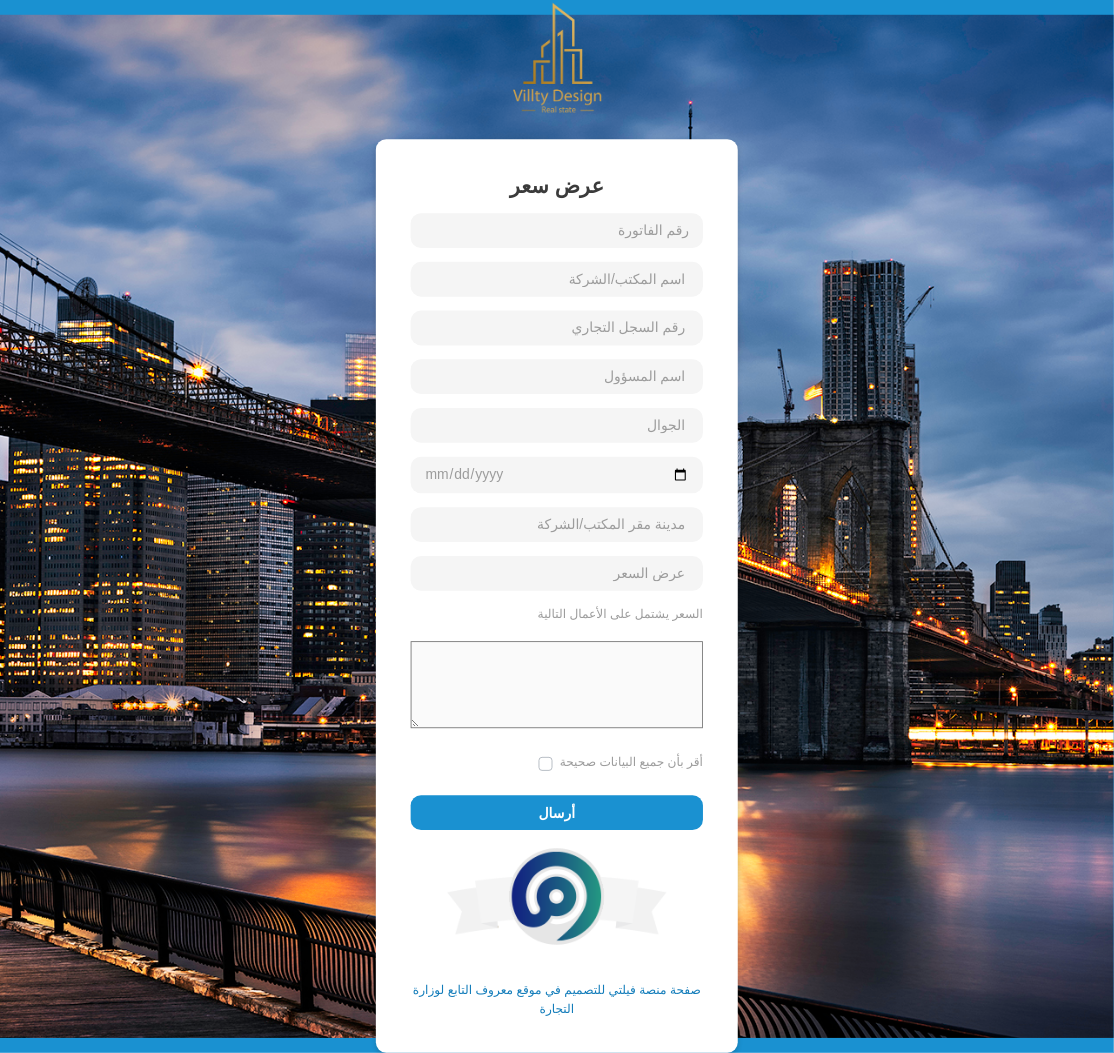
Repository: freejob985/shohragroup_form
Page: http://localhost/
These files come from the project's save history. The page is drawn as it stood at one moment and after a run of saves; the edit follows.
The browser window is 1280 px wide. The pictures show the whole page, at 87% of full size.
Some web fonts or font styles are not loaded; a fallback is used. The page is run by PHP 8.4 with error messages shown; the project is at /var/www/html/.

Above is the page before, as saved 2020-11-21 12:11:50.

### index.php
<!doctype html>
<html lang="en">
<head>
    <meta charset="utf-8">
    <meta name="viewport" content="width=device-width, initial-scale=1, shrink-to-fit=no">
    <meta name="description" content="Authentication forms">
    <meta name="author" content="Arasari Studio">
    <title>villtydesign</title>
    <link href="css/bootstrap.min.css" rel="stylesheet">
    <link href="css/common.css" rel="stylesheet">
<link href="css/theme-02.css" rel="stylesheet">
 <link href="https://fonts.googleapis.com/css2?family=Tajawal:wght@300&display=swap" rel="stylesheet">
      <style>
@import    url('https://fonts.googleapis.com/css2?family=Tajawal:wght@300&display=swap');
@import    url('https://fonts.googleapis.com/css2?family=Tajawal:wght@300;500&display=swap');
body,h1,h2,h3,h4,h5,h6,p,a,input,span,label{   font-family: 'Tajawal', sans-serif !important;
}
</style>
</head>
<body>
    <div class="forny-container">
<div class="forny-inner">
    <div class="mb-6 text-center forny-logo">
        <img src="img/logo.png" style="width:120px;">
    </div>
    <div class="forny-form">
        <div class="text-center">
            <h4>عرض سعر</h4>
        </div>
        <form>
    <div class="form-group">
        <div class="input-group">
    <input required  class="form-control" name="email" type="text"
    placeholder="رقم الفاتورة">
        </div>
    </div>
    <div class="form-group password-field">
        <div class="input-group">
    <input required  class="form-control" name="password" type="text"
    placeholder=" اسم المكتب/الشركة">
        </div>
    </div>
<div class="form-group password-field">
        <div class="input-group">
    <input required  class="form-control" name="password" type="text"
    placeholder=" رقم السجل التجاري">
        </div>
    </div>
<div class="form-group password-field">
        <div class="input-group">
    <input required  class="form-control" name="password" type="text"
    placeholder=" اسم المسؤول">
        </div>
    </div>
<div class="form-group password-field">
        <div class="input-group">
    <input required  class="form-control" name="password" type="phone"
    placeholder=" الجوال">
        </div>
    </div>
<div class="form-group password-field">
        <div class="input-group">
    <input required  class="form-control" name="password" type="date"
    placeholder=" التاريخ">
        </div>
    </div>
	<div class="form-group password-field">
        <div class="input-group">
    <input required  class="form-control" name="password" type="text"
    placeholder=" مدينة مقر المكتب/الشركة">
        </div>
    </div>
	<div class="form-group password-field">
        <div class="input-group">
    <input required  class="form-control" name="password" type="number"
    placeholder=" عرض السعر">
        </div>
    </div>
	         <label style="text-align:right;float:right;">السعر يشتمل على الأعمال التالية</label>
    </br>
    </br>
 <textarea style="width:100%;background:#fafafa;height:100px;"></textarea>
            <div class="row mt-6 mb-6">
                <div class="col-12 d-flex align-items-center">
    <div class="custom-control custom-checkbox">
        <input type="checkbox" class="custom-control-input" id="cb1">
        <label class="custom-control-label" for="cb1">أقر بأن جميع البيانات صحيحة
        </label>
    </div>
                </div>
            </div>
            <div>
                <button class="btn btn-primary btn-block">أرسال</button>
            </div>
            <div class="text-center">
			</br>
<img src="img/ImageNoCr.png" />
            </div>
            <div class="text-center mt-10">
                <a href="https://maroof.sa/165110">صفحة منصة فيلتي للتصميم في موقع معروف التابع لوزارة التجارة
</a>
            </div>
        </form>
    </div>
</div>
    </div>
    <script src="js/jquery.min.js"></script>
    <script src="js/bootstrap.min.js"></script>
    <script src="js/main.js"></script>
    <script src="js/demo.js"></script>
</body>
</html>

### css/common.css
:root {
    --forny-p1: 0.25rem; /* 4px */
    --forny-p2: 0.5rem; /* 8px */
    --forny-p3: 0.75rem; /* 12px */
    --forny-p4: 1rem; /* 16px */
    --forny-p5: 1.25rem; /* 20px */
    --forny-p6: 1.5rem; /* 24px */
    --forny-p8: 2rem; /* 32px */
    --forny-p10: 2.5rem; /* 40px */
    --forny-text-xs: 0.75rem; /* 12px */
    --forny-text-sm: 0.875rem; /* 12px */
    --forny-text-md: 1rem; /* 16px */
    --forny-form-width: 26rem;
    --forny-color-facebook: hsla(221, 40%, 47%, 1);
    --forny-color-google: hsla(4, 69%, 53%, 1);
    --forny-color-twitter: hsla(195, 100%, 60%, 1);
    --forny-form-control-border: 1px solid red;
    --forny-form-control-padding: 4px;
    --forny-shadow-color: black;
    --forny-shadow: 0 3px 6px var(--forny-shadow-color);

    --forny-red-100: hsla(0, 100%, 94%, 1);
    --forny-red-500: hsla(4, 69%, 53%, 1);

    --forny-danger-100: hsla(0, 100%, 94%, 1);
    --forny-danger-500: hsla(4, 69%, 53%, 1);

    --forny-color-success-100: hsla(152, 68%, 96%, 1);
    --forny-color-text: black;
    --forny-color-header: var(--forny-color-text);

    --forny-color-accent-500: red;
}

.forny-container .text-xs {
    font-size: 0.75rem;
    font-size: var(--forny-text-xs);
}

.forny-container .text-sm {
    font-size: 0.875rem;
    font-size: var(--forny-text-sm);
}

.forny-container .text-md {
    font-size: 1rem;
    font-size: var(--forny-text-md);
}

.forny-container .cursor-pointer {
    cursor: pointer;
}

.forny-container .pt-1 {
    padding-top: 0.25rem !important;
    padding-top: var(--forny-p1) !important;
}
.forny-container .pt-2 {
    padding-top: 0.5rem !important;
    padding-top: var(--forny-p2) !important;
}
.forny-container .pt-4 {
    padding-top: 1rem !important;
    padding-top: var(--forny-p4) !important;
}
.forny-container .pt-10 {
    padding-top: 2.5rem !important;
    padding-top: var(--forny-p10) !important;
}

.forny-container .pb-1 {
    padding-bottom: 0.25rem !important;
    padding-bottom: var(--forny-p1) !important;
}
.forny-container .pb-2 {
    padding-bottom: 0.5rem !important;
    padding-bottom: var(--forny-p2) !important;
}
.forny-container .pb-4 {
    padding-bottom: 1rem !important;
    padding-bottom: var(--forny-p4) !important;
}
.forny-container .pb-10 {
    padding-bottom: 2.5rem !important;
    padding-bottom: var(--forny-p10) !important;
}

.forny-container .mr-1 {
    margin-right: 0.25rem !important;
    margin-right: var(--forny-p1) !important;
}
.forny-container .mr-2 {
    margin-right: 0.5rem !important;
    margin-right: var(--forny-p2) !important;
}
.forny-container .mr-4 {
    margin-right: 1rem !important;
    margin-right: var(--forny-p4) !important;
}
.forny-container .mr-6 {
    margin-right: 1.5rem !important;
    margin-right: var(--forny-p6) !important;
}
.forny-container .mr-10 {
    margin-right: 2.5rem !important;
    margin-right: var(--forny-p10) !important;
}

.forny-container .mb-1 {
    margin-bottom: 0.25rem !important;
    margin-bottom: var(--forny-p1) !important;
}
.forny-container .mb-2 {
    margin-bottom: 0.5rem !important;
    margin-bottom: var(--forny-p2) !important;
}
.forny-container .mb-4 {
    margin-bottom: 1rem !important;
    margin-bottom: var(--forny-p4) !important;
}
.forny-container .mb-5 {
    margin-bottom: 1.25rem !important;
    margin-bottom: var(--forny-p5) !important;
}
.forny-container .mb-6 {
    margin-bottom: 1.5rem !important;
    margin-bottom: var(--forny-p6) !important;
}
.forny-container .mb-8 {
    margin-bottom: 2rem !important;
    margin-bottom: var(--forny-p8) !important;
}
.forny-container .mb-10 {
    margin-bottom: 2.5rem !important;
    margin-bottom: var(--forny-p10) !important;
}

.forny-container .mt-1 {
    margin-top: 0.25rem !important;
    margin-top: var(--forny-p1) !important;
}
.forny-container .mt-2 {
    margin-top: 0.5rem !important;
    margin-top: var(--forny-p2) !important;
}
.forny-container .mt-4 {
    margin-top: 1rem !important;
    margin-top: var(--forny-p4) !important;
}
.forny-container .mt-5 {
    margin-top: 1.25rem !important;
    margin-top: var(--forny-p5) !important;
}
.forny-container .mt-6 {
    margin-top: 1.5rem !important;
    margin-top: var(--forny-p6) !important;
}
.forny-container .mt-10 {
    margin-top: 2.5rem !important;
    margin-top: var(--forny-p10) !important;
}

.forny-container .border-r-0 {
    border-right-width: 0 !important;
}

.forny-container .btn-social {
    color: white;
    border: 0;
}

.forny-container .btn-flat {
    padding: 0 !important;
}

.forny-container .btn-facebook {
    background: hsla(221, 40%, 47%, 1);
    background: var(--forny-color-facebook);
}
.forny-container .btn-facebook:hover {
    background: hsla(221, 40%, 40%, 1);
}

.forny-container .btn-google {
    background: hsla(4, 69%, 53%, 1);
    background: var(--forny-color-google);
}
.forny-container .btn-google:hover {
    background: hsla(4, 59%, 47%, 1);
}

.forny-container .btn-twitter {
    background: hsla(195, 100%, 60%, 1);
    background: var(--forny-color-twitter);
}
.forny-container .btn-twitter:hover {
    background: hsla(195, 78%, 54%, 1);
}

.forny-form .btn.btn-primary {
    border: 0;
    background-color: red;
    background-color: var(--forny-color-accent-500);
}

.forny-form .btn.btn-primary:hover {
    background-color: var(--forny-color-accent-700);
}

.forny-container .text-facebook {
    color: hsla(221, 40%, 47%, 1);
    color: var(--forny-color-facebook);
}

.forny-container .text-google {
    color: hsla(4, 69%, 53%, 1);
    color: var(--forny-color-google);
}

.forny-container .text-twitter {
    color: hsla(195, 100%, 60%, 1);
    color: var(--forny-color-twitter);
}

.forny-container {
    display: flex;
    flex-direction: column;
    align-items: center;
    justify-content: center;
    min-height: 100vh;
    font-family: var(--forny-font-family);
    color: black;
    color: var(--forny-color-text);
}

.forny-container a {
    color: var(--forny-link-color);
}

.forny-form {
    margin: 0 auto;
}

.forny-form h4 {
    color: black;
    color: var(--forny-color-header);
    font-weight: 700;
    margin-bottom: 1rem;
    margin-bottom: var(--forny-p4);
}

.forny-form .forny-logo {
    text-align: center;
    margin-bottom: 2.5rem;
    margin-bottom: var(--forny-p10);
}

.forny-form .form-control {
    height: auto;
    border: 1px solid red;
    border: var(--forny-form-control-border);
    padding: 4px;
    padding: var(--forny-form-control-padding);
    border-radius: var(--forny-form-control-radius);
    box-shadow: none;
    -webkit-appearance: none;
       -moz-appearance: none;
            appearance: none;
}

.forny-form .input-group-prepend .input-group-text,
.forny-form .input-group-append .input-group-text {
    border: 1px solid red;
    border: var(--forny-form-control-border);
    padding: 4px;
    padding: var(--forny-form-control-padding);
    border-radius: var(--forny-form-control-radius);
    text-align: center;
    display: inline-block;
    min-width: 48px;
}

.forny-form .input-group-prepend .input-group-text svg,
.forny-form .input-group-append .input-group-text svg {
    fill: currentColor;
}

.forny-form .input-group .input-group-prepend + .form-control {
    border-left: 0 !important;
    padding-left: 0.25rem;
    padding-left: var(--forny-p1);
}

.forny-form .input-group .input-group-append + .form-control {
    border-right: 0;
    padding-right: 0.25rem;
    padding-right: var(--forny-p1);
}

.forny-container .alert-danger {
    background-color: hsla(0, 100%, 94%, 1);
    background-color: var(--forny-danger-100);
    color: hsla(4, 69%, 53%, 1);
    color: var(--forny-danger-500);
}

.forny-container .has-error .form-control,
.forny-container .has-error .input-group-append .input-group-text,
.forny-container .has-error .input-group-prepend .input-group-text {
    border-color: hsla(4, 69%, 53%, 1);
    border-color: var(--forny-danger-500);
    outline-color: hsla(4, 69%, 53%, 1);
    outline-color: var(--forny-danger-500);
    box-shadow: none;
}

.forny-container .has-error .form-control,
.forny-container .has-error .input-group-prepend .input-group-text {
    color: hsla(4, 69%, 53%, 1);
    color: var(--forny-danger-500);
}

.forny-inner {
    /* min-height: 100vh; */
    display: flex;
    flex-direction: column;
}

.forny-form {
    margin: auto;
}

@media (min-width: 768px) {
    .forny-inner {
        height: auto;
        width: 26rem;
        width: var(--forny-form-width);
    }

    .forny-form {
        width: 26rem;
        width: var(--forny-form-width);
    }
}

.forny-container .has-error {
    background: hsla(0, 100%, 94%, 1);
    background: var(--forny-danger-100);
}

.forny-container .has-error .form-control::-webkit-input-placeholder {
    color: hsla(4, 69%, 53%, 1);
    color: var(--forny-danger-500);
}

.forny-container .has-error .form-control::-moz-placeholder {
    color: hsla(4, 69%, 53%, 1);
    color: var(--forny-danger-500);
}

.forny-container .has-error .form-control:-ms-input-placeholder {
    color: hsla(4, 69%, 53%, 1);
    color: var(--forny-danger-500);
}

.forny-container .has-error .form-control::-ms-input-placeholder {
    color: hsla(4, 69%, 53%, 1);
    color: var(--forny-danger-500);
}

.forny-container .has-error .form-control::placeholder {
    color: hsla(4, 69%, 53%, 1);
    color: var(--forny-danger-500);
}

.forny-container .has-error .form-control,
.forny-container .has-error .input-group-text,
.forny-container .has-error input:-webkit-autofill,
.forny-container .has-error input:-webkit-autofill:hover,
.forny-container .has-error input:-webkit-autofill:focus,
.forny-container .has-error input:-webkit-autofill:active {
    box-shadow: 0 0 0 30px hsla(0, 100%, 94%, 1) inset !important;
    box-shadow: 0 0 0 30px var(--forny-danger-100) inset !important;
    border-color: hsla(4, 69%, 53%, 1);
    border-color: var(--forny-danger-500);
    color: hsla(4, 69%, 53%, 1);
    color: var(--forny-danger-500);
}

.forny-container .is-valid,
.forny-container .is-valid input:-webkit-autofill,
.forny-container .is-valid input:-webkit-autofill:hover,
.forny-container .is-valid input:-webkit-autofill:focus,
.forny-container .is-valid input:-webkit-autofill:active {
    background-color: hsla(152, 68%, 96%, 1);
    background-color: var(--forny-color-success-100);
    box-shadow: 0 0 0 30px hsla(152, 68%, 96%, 1) inset !important;
    box-shadow: 0 0 0 30px var(--forny-color-success-100) inset !important;
}

.forny-form .form-group.focused:not(.has-error) {
    background: white;
    border-color: var(--forny-color-text-100);
}

.forny-form .form-control,
.forny-form .input-group-text {
    color: black;
    color: var(--forny-color-text);
    background: transparent;
}

.forny-form .form-control::-webkit-input-placeholder {
    color: black;
    color: var(--forny-color-text);
}

.forny-form .form-control::-moz-placeholder {
    color: black;
    color: var(--forny-color-text);
}

.forny-form .form-control:-ms-input-placeholder {
    color: black;
    color: var(--forny-color-text);
}

.forny-form .form-control::-ms-input-placeholder {
    color: black;
    color: var(--forny-color-text);
}

.forny-form .form-control::placeholder {
    color: black;
    color: var(--forny-color-text);
}

.forny-container
    .custom-control-input:checked
    ~ .custom-control-label::before {
    border-color: red;
    border-color: var(--forny-color-accent-500);
    background-color: red;
    background-color: var(--forny-color-accent-500);
}

/* INPUT ADDONS */

.forny-form .form-group .input-group-append .input-group-text {
    padding-left: 0.5rem;
    padding-left: var(--forny-p2);
    border-top-left-radius: 0;
    border-bottom-left-radius: 0;
    border-left: 0 !important;
}

.forny-form .form-group .input-group-append .input-group-text:hover {
    color: red;
    color: var(--forny-color-accent-500);
}

.forny-form .input-group-prepend .input-group-text {
    padding-right: 0.5rem;
    padding-right: var(--forny-p2);
    border-top-right-radius: 0;
    border-bottom-right-radius: 0;
    border-right: 0 !important;
}

/* ALERTS */

.forny-container .alert {
    margin-bottom: 1rem;
    margin-bottom: var(--forny-p4);
}

.forny-container .password-field .form-control {
    border-right: 0 !important;
}

.forny-container .btn-icon {
    margin-right: 8px;
}

### css/theme-02.css
:root {
    --forny-form-paddings: 2.5rem;

    --forny-color-accent-500: hsla(201, 78%, 46%, 1);
    --forny-color-accent-700: hsla(202, 82%, 40%, 1);

    --forny-color-gray-100: hsla(0, 0%, 96%, 1);
    --forny-color-gray-300: hsla(0, 0%, 0%, 0.16);
    --forny-color-gray-700: hsla(0, 0%, 61%, 1);
    --forny-color-gray-500: hsla(0, 0%, 69%, 1);
    --forny-color-gray-700: hsla(0, 0%, 61%, 1);
    --forny-color-gray-900: hsla(0, 0%, 23%, 1);

    --forny-font-family: 'Open Sans', sans-serif;
    --forny-color-text: var(--forny-color-gray-700);
    --forny-color-header: var(--forny-color-gray-900);
    --forny-link-color: var(--forny-color-accent-700);

    --forny-form-control-border: none;
    --forny-form-control-padding: var(--forny-p2) var(--forny-p4);
    --forny-form-control-radius: 12px;
    --forny-form-control-background: var(--forny-color-gray-100);
    --forny-shadow-color: var(--forny-color-gray-300);
}

.forny-container {
    background-size: contain;
    font-size: 0.875rem;
    font-size: var(--forny-text-sm);
    display: flex;
    align-items: center;
}

.forny-inner {
    display: block;
    height: auto;
}

.forny-form {direction:rtl;
    padding: 2.5rem;
    padding: var(--forny-form-paddings);
    background: white;
    border-radius: 12px;
}

.forny-logo {
    color: hsla(0, 0%, 61%, 1);
    color: var(--forny-color-gray-700);
}

@media (min-width: 768px) {
    .forny-logo {
        color: white;
    }

    .forny-container {
        background: url('../img/bg.jpg') center center no-repeat
            hsla(201, 78%, 46%, 1);
        background: url('../img/bg.jpg') center center no-repeat
            var(--forny-color-accent-500);
    }
    .forny-form {
        box-shadow: 0 3px 6px hsla(0, 0%, 0%, 0.16);
        box-shadow: var(--forny-shadow);
    }
}

.forny-form a {
    font-size: 0.875rem;
    font-size: var(--forny-text-sm);
}

/* FORMS */

.forny-form .form-group {
    margin-bottom: 1rem;
    margin-bottom: var(--forny-p4);
    background: hsla(0, 0%, 96%, 1);
    background: var(--forny-form-control-background);
    border-radius: 12px;
    border-radius: var(--forny-form-control-radius);
    transition: box-shadow 0.3s;
}

.forny-form .form-group.focused:not(.has-error) {
    background: white;
    box-shadow: 0 1px 4px hsla(0, 0%, 0%, 0.16);
    box-shadow: 0 1px 4px var(--forny-color-gray-300);
}

.forny-form .form-control,
.forny-form .input-group-text {
    color: hsla(0, 0%, 61%, 1);
    color: var(--forny-color-gray-700);
    background: transparent;
}

.forny-form .form-control::-webkit-input-placeholder {
    color: hsla(0, 0%, 61%, 1);
    color: var(--forny-color-gray-700);
}

.forny-form .form-control::-moz-placeholder {
    color: hsla(0, 0%, 61%, 1);
    color: var(--forny-color-gray-700);
}

.forny-form .form-control:-ms-input-placeholder {
    color: hsla(0, 0%, 61%, 1);
    color: var(--forny-color-gray-700);
}

.forny-form .form-control::-ms-input-placeholder {
    color: hsla(0, 0%, 61%, 1);
    color: var(--forny-color-gray-700);
}

.forny-form .form-control::placeholder {
    color: hsla(0, 0%, 61%, 1);
    color: var(--forny-color-gray-700);
}

.forny-container
    .custom-control-input:checked
    ~ .custom-control-label::before {
    border-color: hsla(201, 78%, 46%, 1);
    border-color: var(--forny-color-accent-500);
    background-color: hsla(201, 78%, 46%, 1);
    background-color: var(--forny-color-accent-500);
}

/* BUTTONS */

.forny-form .btn {
    border-radius: 12px;
    border-radius: var(--forny-form-control-radius);
    font-weight: bold;
    padding: 0.5rem 1rem;
    padding: var(--forny-p2) var(--forny-p4);
}

.forny-container .line {
    background: hsla(0, 0%, 69%, 1);
    background: var(--forny-color-gray-500);
    height: 1px;
    margin-top: 12px;
    text-align: center;
}
.forny-container .line span {
    background: #fff;
    padding: 8px;
    position: relative;
    top: -12px;
}

.forny-container .btn-icon.btn-flat {
    width: 32px;
    height: 32px;
}

### js/main.js
function bindPasswordReveal() {
    $('input[type="password"] + .input-group-append').each(function() {
        $(this).on('mousedown touchstart', function() {
            $(this)
                .prev()
                .attr('type', 'text');
        });
        $(this).on('mouseup touchend', function() {
            $(this)
                .prev()
                .attr('type', 'password');
        });
    });
}

function showErrorAlert() {
    $('.alert-form-error:not(.d-block)')
        .removeClass('d-none')
        .addClass('d-block');
}

function hideErrorAlert() {
    $('.alert-form-error')
        .removeClass('d-block')
        .addClass('d-none');
}

function bindInputFocusListener() {
    $('form .form-control')
        .bind('focus', function() {
            $(this)
                .closest('.form-group')
                .addClass('focused');
        })
        .bind('blur', function() {
            $(this)
                .closest('.form-group')
                .removeClass('focused');
        });
}

function bindInputErrorHandler() {
    $('form .form-control')
        .bind('invalid', function(e) {
            showErrorAlert();
            $(this)
                .closest('.form-group')
                .addClass('has-error');
        })
        .bind('change', function(e) {
            if ($(this).is(':valid')) {
                $(this)
                    .closest('.form-group')
                    .addClass('is-valid');
            }

            if ($(this).is(':invalid')) {
                showErrorAlert();
                $(this)
                    .closest('.form-group')
                    .addClass('has-error');
            }
        })
        .bind('keyup', function() {
            $(this)
                .closest('.form-group')
                .removeClass('has-error');
        });
}

window.addEventListener('load', function() {
    bindPasswordReveal();
    bindInputFocusListener();
    bindInputErrorHandler();
});

### js/demo.js
/**
 * For demo purposes only.
 * Remove this file from production builds.
 */

function bindPasswordResetForm() {
    $('form.reset-password-form').on('submit', function(e) {
        e.preventDefault();
        $('.reset-form')
            .removeClass('d-block')
            .addClass('d-none');
        $('.reset-confirmation').addClass('d-block');
    });
}

window.addEventListener('load', function() {
    bindPasswordResetForm();
});

Loaded but not shown: css/bootstrap.min.css (library); js/jquery.min.js (library); js/bootstrap.min.js (library)

After the next 2 saves:
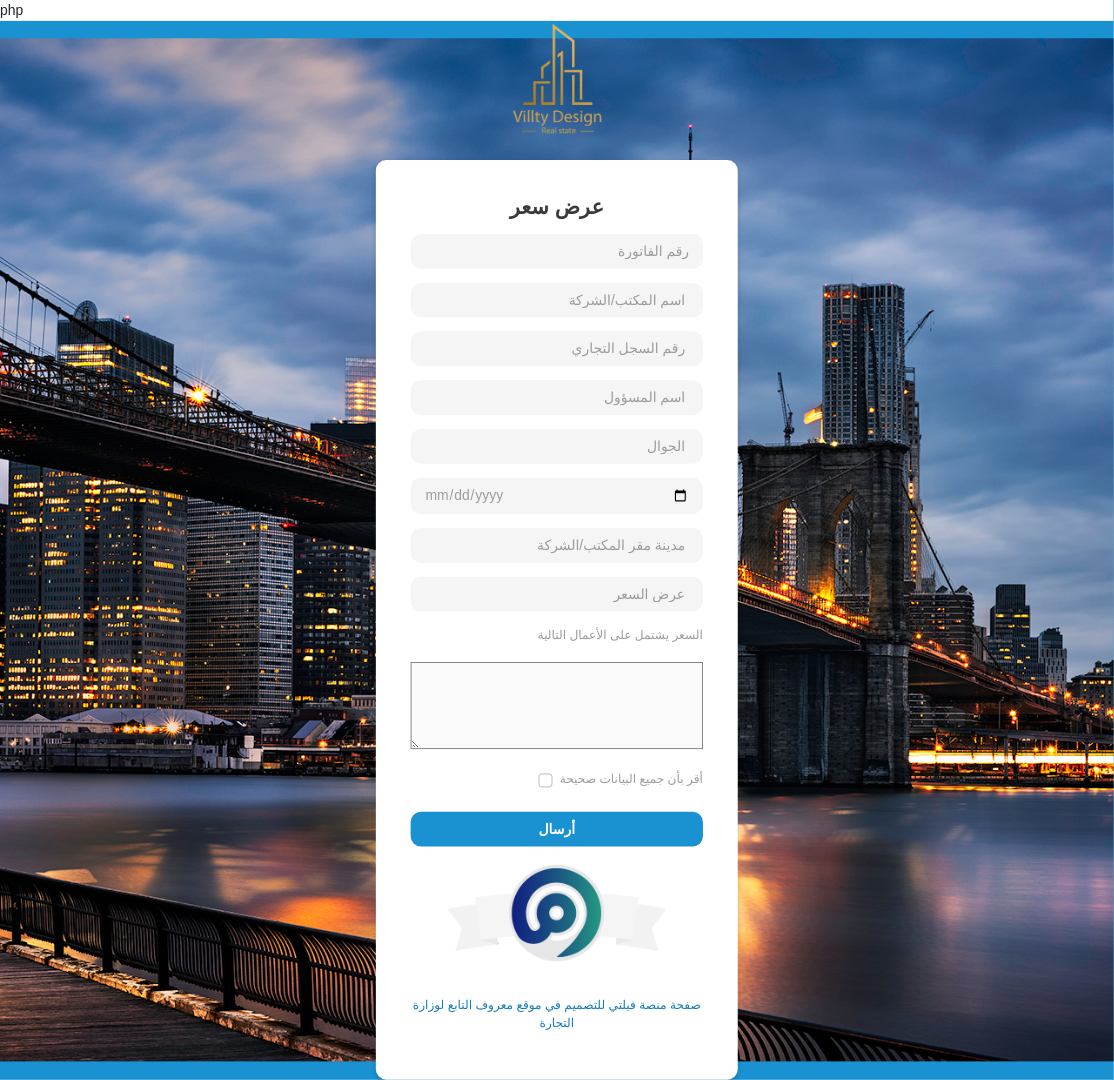
The 2 saves are shown as one change because they came seconds apart.
The last was saved 11 s later.
--- a/index.php
+++ b/index.php
@@ -1,3 +1,6 @@
+php
+
+
 <!doctype html>
 <html lang="en">
 <head>
